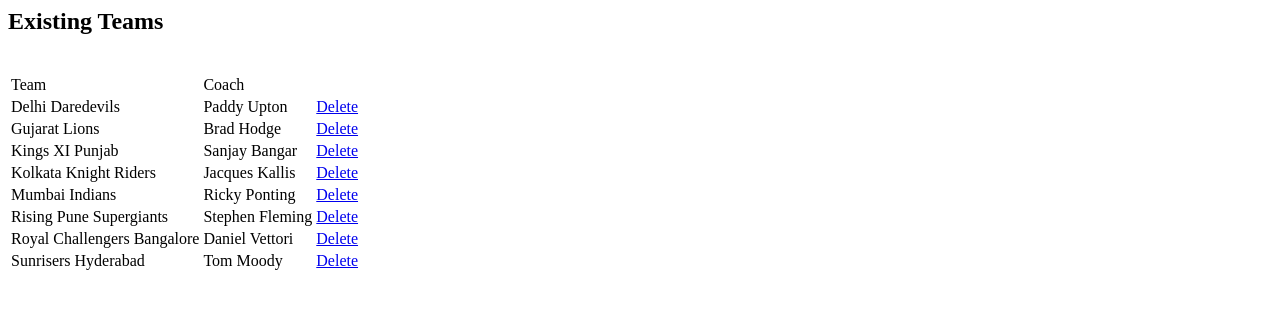
Repository: umng/Learn-to-Program
Page: http://localhost/Remove_team/
These files come from the project's save history. The page is drawn as it stood at one moment and after the next save; the edit follows.
The browser window is 1280 px wide. The pictures show the whole page.
The page is served by Tomcat 9. Other server files are loaded and not shown. The database holds what the project's SQL file puts in it.

Above is the page before, as saved 2017-03-01 09:38:28.

### Java/CTS_SFDC/workspace/Remove team/WebContent/index.jsp
<%@page import="team.City"%>
<%@page import="team.CityBO"%>
<%@page import="team.Team"%>
<%@page import="team.TeamBO"%>
<%@page import="java.util.List"%>
<%
	List<Team> teams = new TeamBO().obtainAllTeams();
%>

<html>
	<body>
		<h2>Existing Teams</h2>
		<br>
		<table id="teams">
			<tr>
				<td>Team</td>
				<td>Coach</td>
				<td></td>
			</tr>
			<%
				for(Team t: teams) {
					out.print("<tr><td>" + t.getName() + "</td><td>" + t.getCoach() + "</td><td><a href='Delete?id=" + t.getId() + "'>Delete</a></td></tr>");
				}
			%>
		</table>
	</body>
</html>

### Java/CTS_SFDC/workspace/Remove team/src/team/TeamBO.java
package team;


import java.sql.SQLException;
import java.util.List;

public class TeamBO {
    public List<Team> obtainAllTeams() throws ClassNotFoundException, SQLException{
       return new TeamDAO().obtainAllTeams();
    }
	public Integer deleteTeamById(Integer id) throws ClassNotFoundException, SQLException {
	   return new TeamDAO().deleteTeamById(id);
	}

}

### Java/CTS_SFDC/workspace/Remove team/src/team/TeamDAO.java
package team;


import java.sql.Connection;
import java.sql.ResultSet;
import java.sql.SQLException;
import java.sql.Statement;
import java.util.ArrayList;
import java.util.List;

public class TeamDAO{

    public List<Team> obtainAllTeams() throws ClassNotFoundException, SQLException {

    	Connection con = DBConnection.getConnection();

    	Statement statement = con.createStatement();

    	String sql = "select * from team order by name";

    	ResultSet result = statement.executeQuery(sql);

    	List<Team> teams = new ArrayList<>();

    	int i = 0;
    	while(result.next()) {
    		teams.add(new Team(++i, result.getString("name"), result.getString("coach")));
    	}

    	return teams;
    }

    public Integer deleteTeamById(Integer id) throws SQLException, ClassNotFoundException {

    	Connection con = DBConnection.getConnection();

    	Statement statement = con.createStatement();

    	String sql = "delete from team where id=" + id;

    	return statement.executeUpdate(sql);
	}











	}

### Java/CTS_SFDC/workspace/Remove team/src/team/DBConnection.java
package team;





import java.sql.Connection;
import java.sql.DriverManager;
import java.sql.SQLException;
import java.util.ResourceBundle;

public class DBConnection {

	public static Connection getConnection() throws ClassNotFoundException, SQLException
    {
		ResourceBundle rb= ResourceBundle.getBundle("mysql");
        String url=rb.getString("db.url");
        String user=rb.getString("db.username");
        String pass=rb.getString("db.password");

        return DriverManager.getConnection(url,user, pass);
    }
}

### Java/CTS_SFDC/workspace/Remove team/src/team/Team.java
package team;



public class Team {


	private Integer id;
    private String name;
    private String coach;
    private City city;


    public Team(String name,String coach,City city) {
        this.name = name;
        this.coach = coach;
        this.city = city;

    }




    public Team(Integer id, String name, String coach) {
		super();
		this.id = id;
		this.name = name;
		this.coach = coach;
	}




	public Integer getId() {
		return id;
	}


	public void setId(Integer id) {
		this.id = id;
	}

    public Team(String name,String coach) {
        this.name = name;
        this.coach = coach;


    }
    Team() {
        throw new UnsupportedOperationException("Not supported yet."); //To change body of generated methods, choose Tools | Templates.
    }





	public String getName() {
        return name;
    }

    public void setName(String name) {
        this.name = name;
    }

    public String getCoach() {
        return coach;
    }

    public void setCoach(String coach) {
        this.coach = coach;
    }

    public City getCity() {
        return city;
    }

    public void setCity(City city) {
        this.city = city;
    }


}

### Java/CTS_SFDC/workspace/Remove team/src/script.sql (the tables this page reads)
create table team(
		id int not null,
		name varchar(100) not null,
		coach varchar(100) not null,
		home_city_id int not null,
		captain int not null,
		primary key(id),
		foreign key(home_city_id)
		references city(id));

insert into team(id,name,coach,home_city_id,captain) values (1,'Delhi Daredevils','Paddy Upton',5,1);

insert into team(id,name,coach,home_city_id,captain) values (2,'Gujarat Lions','Brad Hodge',1,14);

insert into team(id,name,coach,home_city_id,captain) values (3,'Kings XI Punjab','Sanjay Bangar',4,27);

insert into team(id,name,coach,home_city_id,captain) values (4,'Mumbai Indians','Ricky Ponting',8,39);

insert into team(id,name,coach,home_city_id,captain) values (5,'Rising Pune Supergiants','Stephen Fleming',9,51);

insert into team(id,name,coach,home_city_id,captain) values (6,'Sunrisers Hyderabad','Tom Moody',7,63);

insert into team(id,name,coach,home_city_id,captain) values (7,'Royal Challengers Bangalore','Daniel Vettori',6,75);

insert into team(id,name,coach,home_city_id,captain) values (8,'Kolkata Knight Riders','Jacques Kallis',2,87);

After the next save:
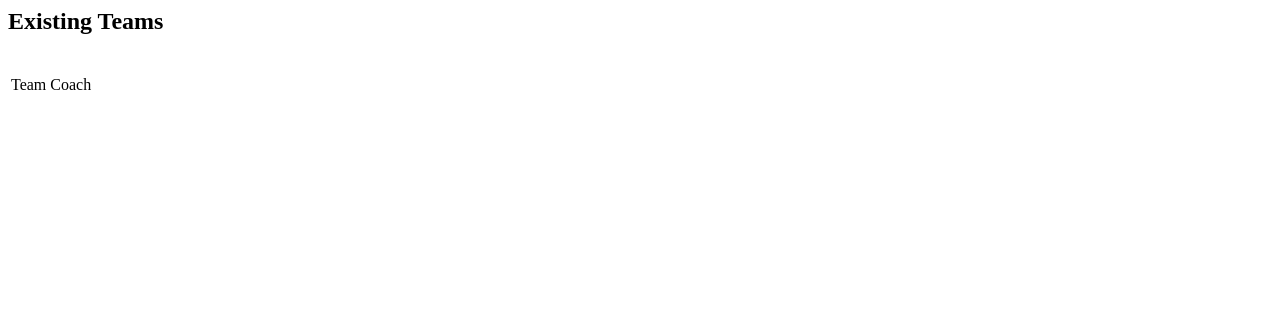
Saved 18 min 28 s later.
--- a/Java/CTS_SFDC/workspace/Remove team/WebContent/index.jsp
+++ b/Java/CTS_SFDC/workspace/Remove team/WebContent/index.jsp
@@ -17,11 +17,11 @@
 				<td>Coach</td>
 				<td></td>
 			</tr>
-			<%
+			<!-- <%
 				for(Team t: teams) {
 					out.print("<tr><td>" + t.getName() + "</td><td>" + t.getCoach() + "</td><td><a href='Delete?id=" + t.getId() + "'>Delete</a></td></tr>");
 				}
-			%>
+			%> -->
 		</table>
 	</body>
 </html>

After the save that followed:
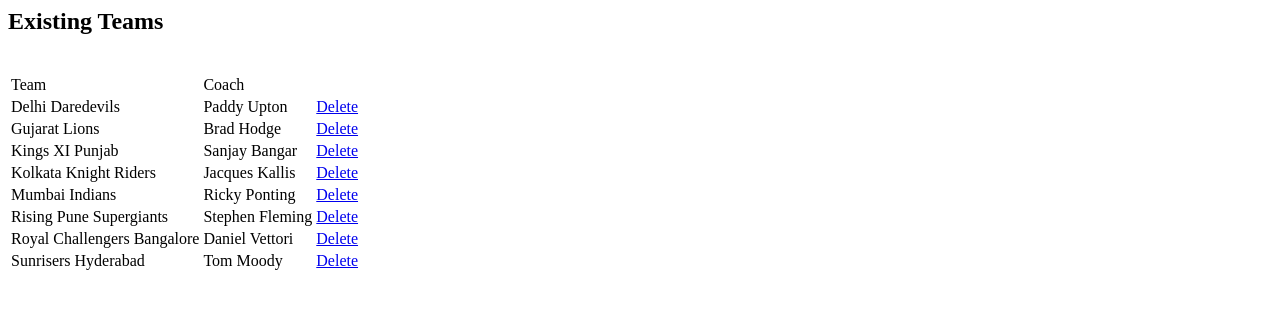
Saved 26 s later.
--- a/Java/CTS_SFDC/workspace/Remove team/WebContent/index.jsp
+++ b/Java/CTS_SFDC/workspace/Remove team/WebContent/index.jsp
@@ -17,11 +17,11 @@
 				<td>Coach</td>
 				<td></td>
 			</tr>
-			<!-- <%
+			<%
 				for(Team t: teams) {
 					out.print("<tr><td>" + t.getName() + "</td><td>" + t.getCoach() + "</td><td><a href='Delete?id=" + t.getId() + "'>Delete</a></td></tr>");
 				}
-			%> -->
+			%>
 		</table>
 	</body>
 </html>
